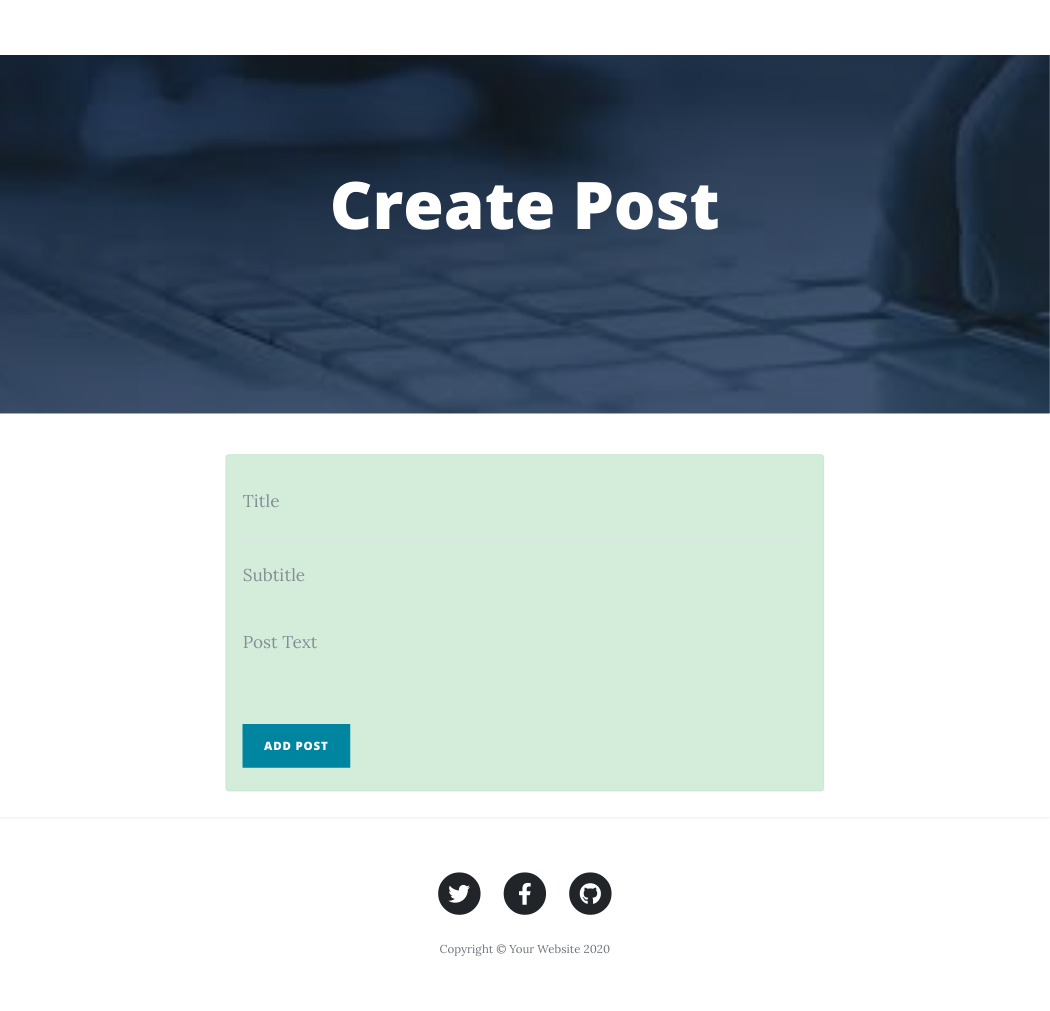
Repository: elvinyeka/elvin-blog
Page: http://localhost/post.new
An editor plug-in stored every save of this project. The page is shown before and after the next save, followed by the edit.
The browser window is 1280 px wide. The pictures show the whole page, at 82% of full size.
The page is served by the project's application, run on Flask 3 (CLEANBLOG/__init__.py). The user the application loads for id 1 is signed in. The page reads the database file committed with the project.

Above is the page before, as saved 2020-10-18 22:19:08.

After the next save:
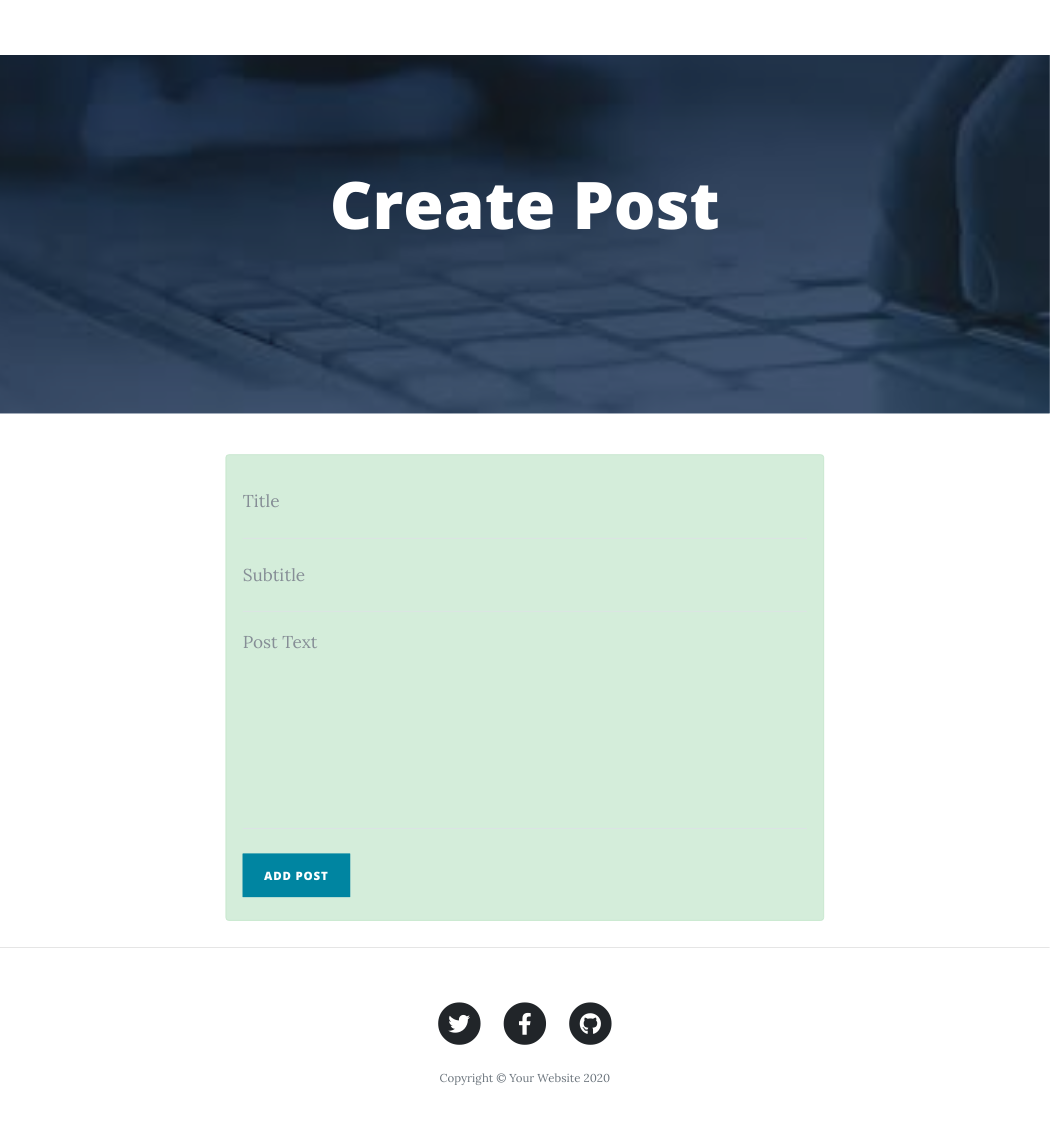
Saved 2 min 4 s later.
--- a/CLEANBLOG/templates/create_post.html
+++ b/CLEANBLOG/templates/create_post.html
@@ -34,7 +34,7 @@
                 </div>
                 <div class="control-group">
                     <div class="form-group col-xs-12 floating-label-form-group controls">
-                        <label>Post Text</label> {{ form.post_text(placeholder='Post Text', class='form-control') }}
+                        <label>Post Text</label> {{ form.post_text(placeholder='Post Text', class='form-control', rows='7') }}
                         <p class="help-block text-danger"></p>
                     </div>
                 </div>
